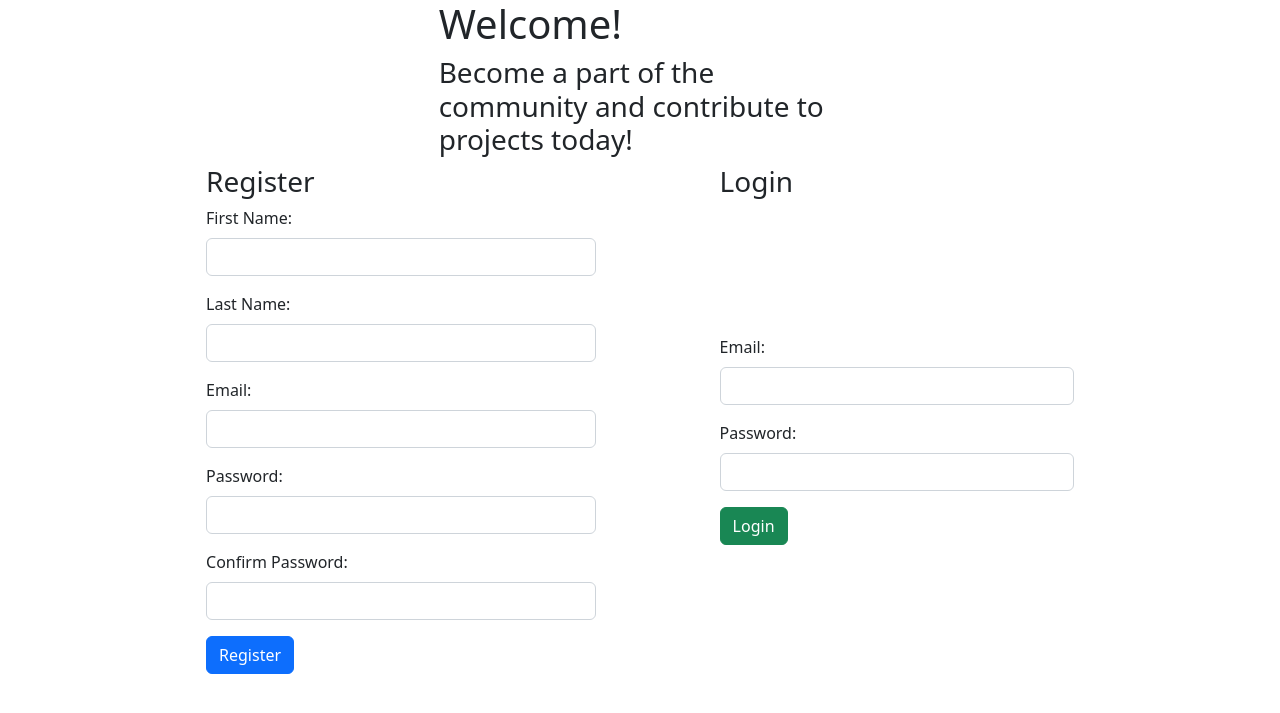
Repository: Watchitgo333/JavaTemplates
Page: http://localhost/ProjectManager/WEB-INF/Index.jsp
The author's editor kept a copy of each file at every save. The page is drawn from the files as they stood at one save, then again after the next save.
The browser window is 1280 px wide. The pictures show the whole page.
The page is served by Tomcat 9. Nobody is signed in. Other server files are loaded and not shown. The template is opened directly, without the code that normally fills it, so the values that code supplies are empty.

Above is the page before, as saved 2022-06-19 01:50:21.

### TemplateCode/ProjectManager/ProjectManager/src/main/webapp/WEB-INF/Index.jsp
<%@ page language="java" contentType="text/html; charset=UTF-8" pageEncoding="UTF-8"%>
<%@ taglib prefix="c" uri="http://java.sun.com/jsp/jstl/core"%>
<%@ taglib prefix="form" uri="http://www.springframework.org/tags/form" %>
<%@ page isErrorPage="true"%>
<!-- CSS only -->
<link href="https://cdn.jsdelivr.net/npm/bootstrap@5.2.0-beta1/dist/css/bootstrap.min.css" rel="stylesheet" integrity="sha384-0evHe/X+R7YkIZDRvuzKMRqM+OrBnVFBL6DOitfPri4tjfHxaWutUpFmBp4vmVor" crossorigin="anonymous">
<!DOCTYPE html>
<html>
<head>
<meta charset="UTF-8">
<title>Login & Registration</title>
</head>
<body>
	<div class="mx-auto row col-4">
		<h1>Welcome!</h1>
		<h3>Become a part of the community and contribute to projects today!</h3>
	</div>
	<div class="container d-flex justify-content-evenly">
		<div class="row">
			<h3>Register</h3>
			<form:form action="/register" method="POST" modelAttribute="newUser">
				<div class="mb-3">
					<form:label path="firstName" class="form-label">First Name:</form:label>
					<form:errors path="firstName"/>
					<form:input path="firstName" class="form-control"/>
				</div>
				<div class="mb-3">
					<form:label path="lastName" class="form-label">Last Name:</form:label>
					<form:errors path="lastName"/>
					<form:input path="lastName" class="form-control"/>
				</div>
				<div class="mb-3">
					<form:label path="email" class="form-label">Email:</form:label>
					<form:errors path="email"/>
					<form:input path="email" class="form-control"/>
				</div>
				<div class="mb-3">
					<form:label path="password" class="form-label">Password:</form:label>
					<form:errors path="password"/>
					<form:input path="password" type="password" class="form-control"/>
				</div>
				<div class="mb-3">
					<form:label path="confirm" class="form-label">Confirm Password:</form:label>
					<form:errors path="confirm"/>
					<form:input path="confirm" type="password" class="form-control"/>
				</div>
				<button class="btn btn-primary" type="submit">Register</button>
			</form:form>
		</div>
		<div class="row">
			<h3>Login</h3>
			<form:form action="/login" method="POST" modelAttribute="newLogin">
				<div class="mb-3">
					<form:label path="email" class="form-label">Email:</form:label>
					<form:errors path="email"/>
					<form:input path="email" class="form-control"/>
				</div>
				<div class="mb-3">
					<form:label path="password" class="form-label">Password:</form:label>
					<form:errors path="password"/>
					<form:input path="password" type="password" class="form-control"/>
				</div>
				<button class="btn btn-success" type="submit">Login</button>
			</form:form>
		</div>
	</div>
</body>
</html>

After the next save:
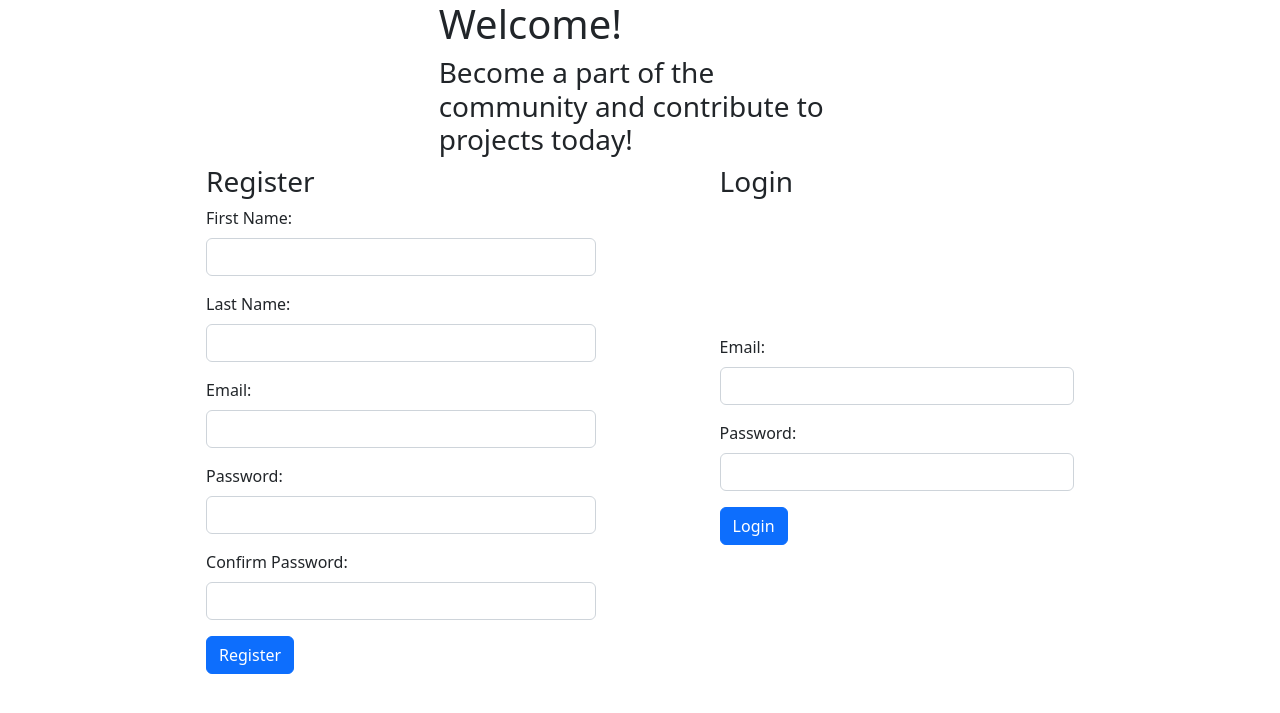
Saved 5 s later.
--- a/TemplateCode/ProjectManager/ProjectManager/src/main/webapp/WEB-INF/Index.jsp
+++ b/TemplateCode/ProjectManager/ProjectManager/src/main/webapp/WEB-INF/Index.jsp
@@ -60,7 +60,7 @@
 					<form:errors path="password"/>
 					<form:input path="password" type="password" class="form-control"/>
 				</div>
-				<button class="btn btn-success" type="submit">Login</button>
+				<button class="btn btn-primary" type="submit">Login</button>
 			</form:form>
 		</div>
 	</div>
